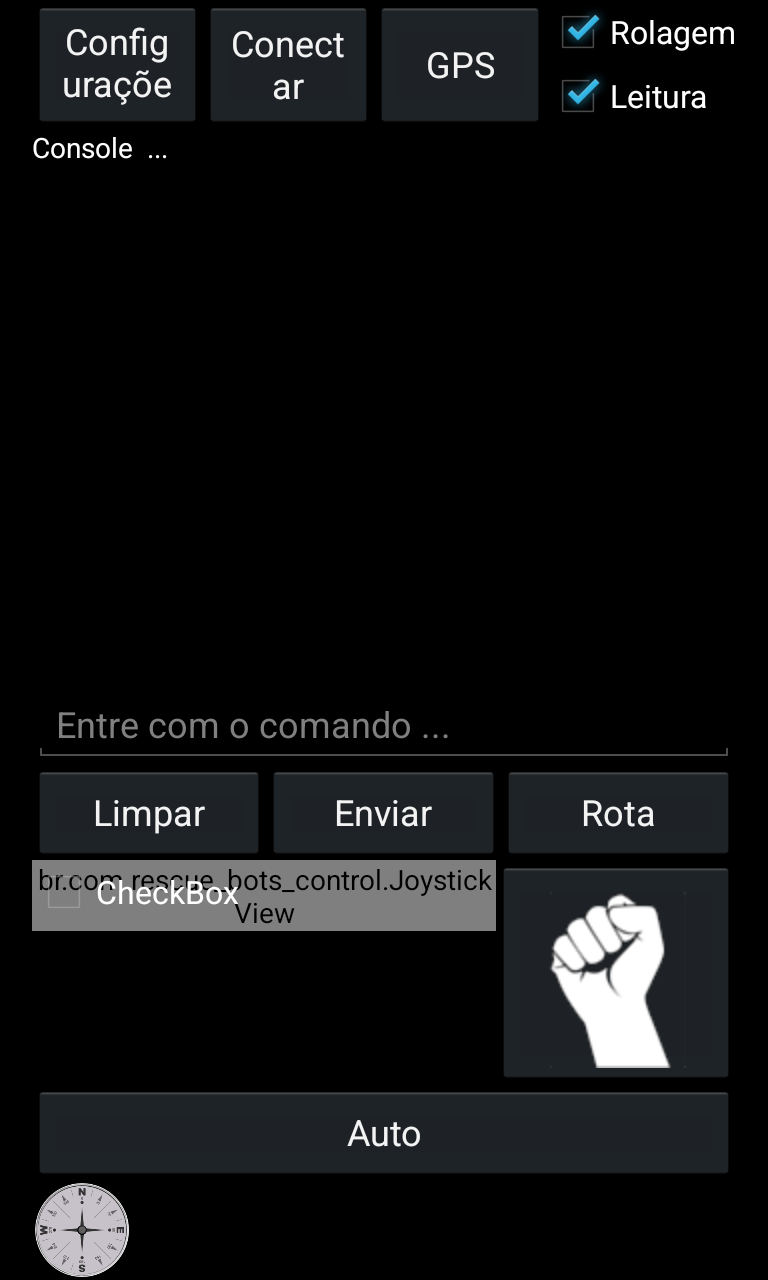
Repository: nova3dtecnologias/rescue_bot
Layout: rescue-bots-android/res/layout/activity_main_blue.xml
An editor plug-in stored every save of this project. The layout is shown before and after the next save, followed by the edit.
Pictures or frames that could not be fetched are drawn as grey boxes. It is drawn on a 768 x 1280 px phone screen (xhdpi) without system bars, with theme android:Theme.Holo; the app's code is not run.

Above is the layout before, as saved 2016-06-28 15:03:24.

### rescue-bots-android/res/layout/activity_main_blue.xml
<LinearLayout xmlns:android="http://schemas.android.com/apk/res/android"
    xmlns:tools="http://schemas.android.com/tools"
    android:layout_width="fill_parent"
    android:layout_height="fill_parent"
    android:orientation="vertical"
    android:paddingLeft="16dp"
    android:paddingRight="16dp"
    tools:context=".MainActivity" >

    <LinearLayout
        android:layout_width="fill_parent"
        android:layout_height="wrap_content"
        android:orientation="horizontal" >

        <Button
            android:id="@+id/buttonConfig2"
            android:layout_width="0dp"
            android:layout_height="fill_parent"
            android:layout_weight="5"
            android:text="Configurações" />

        <Button
            android:id="@+id/btnDisconnect"
            android:layout_width="0dp"
            android:layout_height="fill_parent"
            android:layout_weight="5"
            android:text="Conectar" />

        <Button
            android:id="@+id/btnClearInput"
            android:layout_width="0dp"
            android:layout_height="fill_parent"
            android:layout_weight="5"
            android:text="GPS" />

        <LinearLayout
            android:layout_width="wrap_content"
            android:layout_height="wrap_content"
            android:orientation="vertical" >

            <CheckBox
                android:id="@+id/chkScroll"
                android:layout_width="wrap_content"
                android:layout_height="wrap_content"
                android:layout_margin="0dp"
                android:checked="true"
                android:text="Rolagem" />

            <CheckBox
                android:id="@+id/chkReceiveText"
                android:layout_width="wrap_content"
                android:layout_height="wrap_content"
                android:checked="true"
                android:text="Leitura" />
        </LinearLayout>
    </LinearLayout>

    <ScrollView
        android:id="@+id/viewScroll"
        android:layout_width="fill_parent"
        android:layout_height="0dp"
         android:layout_weight="0.3" >

        <TextView
            android:id="@+id/txtReceive"
            style="@color/white"
            android:layout_width="fill_parent"
            android:layout_height="wrap_content"
            android:layout_gravity="top"
            android:background="@color/black"
            android:freezesText="false"
            android:hint="Console  ..."
            android:scrollbars="vertical"
            android:textColorHint="@color/white"
            android:textColorLink="@color/white"
            android:typeface="normal" />

    </ScrollView>

    <EditText
        android:id="@+id/editSend"
        android:layout_width="fill_parent"
        android:layout_height="wrap_content"
        android:hint="Entre com o comando ..."
        android:focusableInTouchMode="false"
        android:inputType="text" />

    <LinearLayout
        android:layout_width="fill_parent"
        android:layout_height="wrap_content"
        android:orientation="horizontal" >

        <Button
            android:id="@+id/btnClear"
            android:layout_width="0dp"
            android:layout_height="wrap_content"
            android:layout_weight="2"
            android:padding="5dp"
            android:text="Limpar" />

        <Button
            android:id="@+id/btnSend"
            android:layout_width="0dp"
            android:layout_height="wrap_content"
            android:layout_weight="2"
            android:padding="5dp"
            android:text="Enviar" />

        <Button
            android:id="@+id/buttonRoute"
            android:layout_width="0dp"
            android:layout_height="wrap_content"
            android:layout_weight="2"
            android:text="Rota"
            android:onClick="routeOnClick"/>

    </LinearLayout>

    <RelativeLayout
        android:layout_width="match_parent"
        android:layout_height="wrap_content" >

        <br.com.rescue_bots_control.JoystickView
            android:id="@+id/viewJoystick"
            android:layout_width="wrap_content"
            android:layout_height="wrap_content"
            android:layout_alignParentLeft="true"
            android:layout_alignTop="@+id/imageButtonClaw"
            android:layout_toLeftOf="@+id/imageButtonClaw" />

        <ImageButton
            android:id="@+id/imageButtonClaw"
            android:layout_width="wrap_content"
            android:layout_height="wrap_content"
            android:layout_alignParentRight="true"
            android:layout_below="@+id/checkBox1"
            android:src="@drawable/hand_close" />

        <CheckBox
            android:id="@+id/checkBoxJoystickEnable"
            android:layout_width="wrap_content"
            android:layout_height="wrap_content"
            android:layout_alignParentLeft="true"
            android:layout_alignParentRight="true"
            android:layout_alignParentTop="true"
            android:text="CheckBox" />

    </RelativeLayout>

    <Button
        android:id="@+id/buttonAddCoord"
        android:layout_width="match_parent"
        android:layout_height="wrap_content"
        android:text="Auto"
        android:onClick="autoOnClick"/>

    <LinearLayout
        android:layout_width="match_parent"
        android:layout_height="wrap_content" >

        <ImageView
            android:id="@+id/compassImg"
            android:layout_width="50dp"
            android:layout_height="50dp"
            android:src="@drawable/compass" />

        <TextView
            android:id="@+id/editTextAngle"
            android:layout_width="match_parent"
            android:layout_height="wrap_content"
            android:layout_weight="1"
            android:ems="10" >


        </TextView>

    </LinearLayout>

</LinearLayout> <!-- </RelativeLayout> -->

Loaded but not shown: rescue-bots-android/res/values/colors.xml (common file)

After the next save:
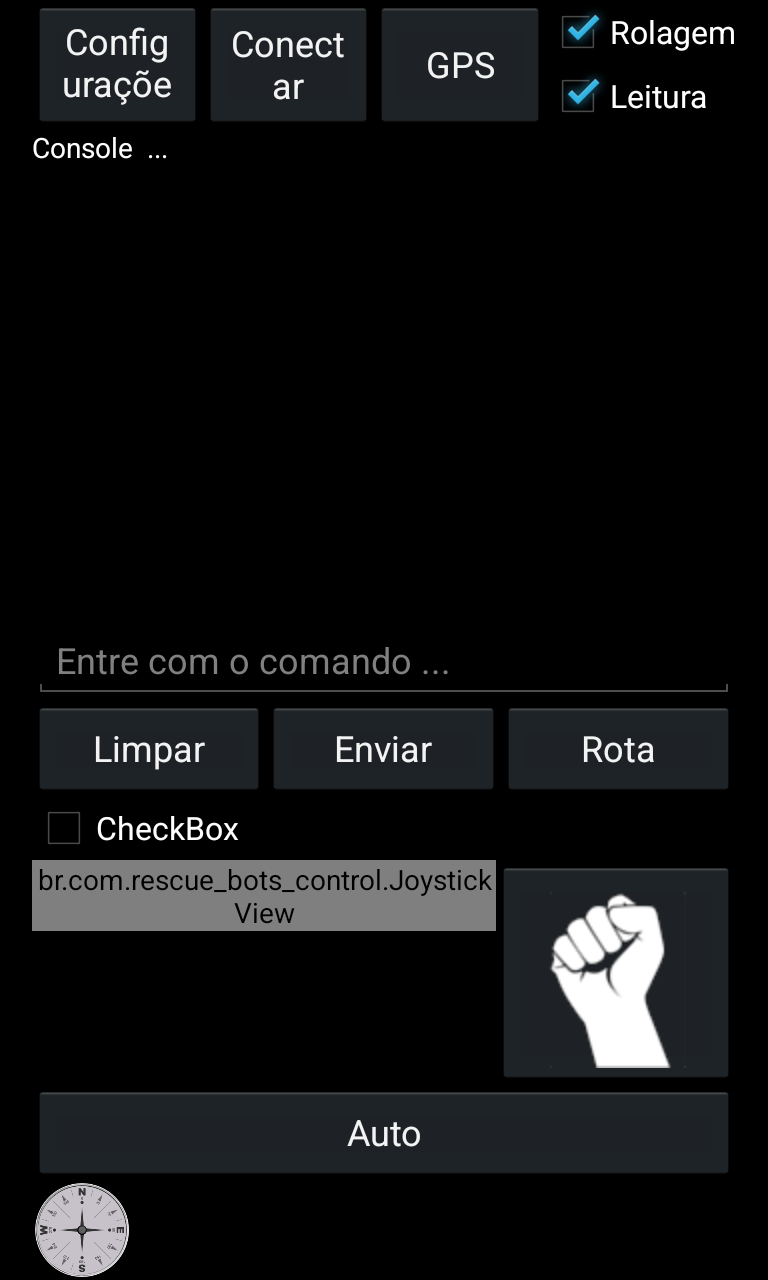
Saved 33 s later.
--- a/rescue-bots-android/res/layout/activity_main_blue.xml
+++ b/rescue-bots-android/res/layout/activity_main_blue.xml
@@ -125,7 +125,7 @@
             android:layout_width="wrap_content"
             android:layout_height="wrap_content"
             android:layout_alignParentLeft="true"
-            android:layout_alignTop="@+id/imageButtonClaw"
+            android:layout_below="@+id/checkBoxJoystickEnable"
             android:layout_toLeftOf="@+id/imageButtonClaw" />
 
         <ImageButton
@@ -133,7 +133,7 @@
             android:layout_width="wrap_content"
             android:layout_height="wrap_content"
             android:layout_alignParentRight="true"
-            android:layout_below="@+id/checkBox1"
+            android:layout_below="@+id/checkBoxJoystickEnable"
             android:src="@drawable/hand_close" />
 
         <CheckBox
